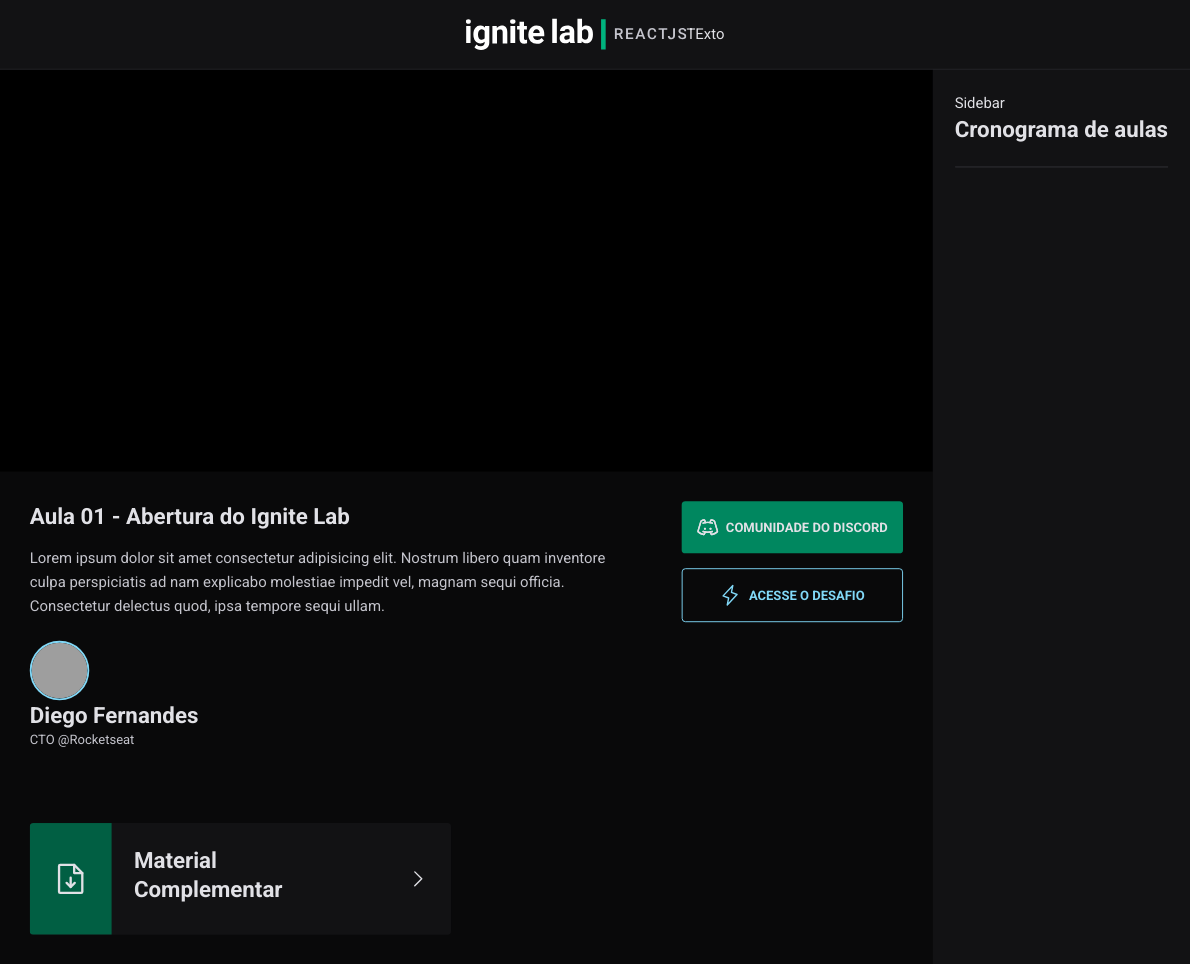
Repository: weltergab/Event_Plataform-IgniteLab
Page: /
The author's editor kept a copy of each file at every save. The page is drawn from the files as they stood at one save, then again after the next save.
The browser window is 1280 px wide. The pictures show the whole page, at 93% of full size.
Pictures or frames that could not be fetched are drawn as grey boxes. The page's requests for data from a server got no answer. The project was rebuilt for these pictures with package versions that can differ from the ones it lists, and the page was loaded fresh each time. No one was signed in, and anything a server would have sent is missing. Also part of the build but not shown: vite.config.ts, src/components/Lesson.tsx.

Above is the page before, as saved 2022-06-25 20:39:20.

### index.html
<!DOCTYPE html>
<html lang="en">

<head>
  <meta charset="UTF-8" />
  <link rel="icon" type="image/svg+xml" href="/src/favicon.svg" />
  <meta name="viewport" content="width=device-width, initial-scale=1.0" />

  <link rel="preconnect" href="https://fonts.googleapis.com" />
  <link rel="preconnect" href="https://fonts.gstatic.com" crossorigin />
  <link href="https://fonts.googleapis.com/css2?family=Roboto:wght@400;500;700&display=swap" rel="stylesheet" />

  <title>Event Plataform</title>
</head>

<body>
  <div id="root"></div>
  <script type="module" src="/src/main.tsx"></script>
</body>

</html>

### src/main.tsx
import { ApolloProvider } from '@apollo/client'
import React from 'react'
import ReactDOM from 'react-dom/client'
import App from './App'
import { client } from './lib/apollo';

import './styles/global.css'

ReactDOM.createRoot(document.getElementById('root')!).render(
  <ApolloProvider client={client}>
    <React.StrictMode>
    <App />
    </React.StrictMode>
  </ApolloProvider>

)

### src/App.tsx
import { gql, useQuery } from '@apollo/client'
import { useState } from 'react'

import { Event } from './pages/Event'


const GET_LESSONS_QUERY = gql`
  query {
    lessons {
      id
      title
    }

  }
`




function App() {
  const { data } = useQuery(GET_LESSONS_QUERY)

  console.log(data);





  const [count, setCount] = useState(0)

  return (
    <div className="All">
      <Event />
    </div>

  )
}

export default App

### src/lib/apollo.ts
import { ApolloClient, InMemoryCache } from "@apollo/client";

export const client = new ApolloClient({
    uri: 'https://api-sa-east-1.graphcms.com/v2/cl4pywx0h2kp101xtf4npbpzl/master',
    cache: new InMemoryCache()
})

### src/pages/Event.tsx
import { Header } from "../components/Header";
import { Sidebar } from "../components/Sidebar";
import { Video } from "../components/Video";

export function Event() {
    return (
        <div className="flex flex-col min-h-screen">
            <Header />
            <main className="flex flex-1">
                <Video />
                <Sidebar />
            </main>
        </div>
    )
}

### src/components/Header.tsx
import { Logo } from "./Logo";

export function Header(){
    return (
        <header className="w-full py-5 flex items-center justify-center bg-gray-700 border-b border-gray-600">
            <Logo />
            TExto
        </header>
    )
}

### src/components/Sidebar.tsx
import { gql, useQuery } from '@apollo/client'
import { Lesson } from "./Lesson";

const GET_LESSONS_QUERY = gql`
    query {
        lessons(orderBy: availableAt_ASC, stage: PUBLISHED){
            id
            lessonType
            availableAt
            title
            slug
        }
    }
`

interface GetLessonsQueryResponse {
    lessons: Array<{
        id: string
        title: string
        slug: string
        availableAt: string
        lessonType: 'live' | 'class'
    }>
}

export function Sidebar() {
    const { data } = useQuery<GetLessonsQueryResponse>(GET_LESSONS_QUERY)

    return (
        <aside className="w-[348] bg-gray-700 p-6 border-1 border-gray-600">
            <h1>Sidebar</h1>
            <span className="font-bold text-2xl pb-6 mb-6 border-b border-gray-500 block">
                Cronograma de aulas
            </span>
            <div className="flex flex-col gab-8">
                {data?.lessons.map(lesson => {
                    return (
                <Lesson
                    key={lesson.id}
                    title={lesson.title}
                    slug={lesson.slug}
                    availableAt={new Date(lesson.availableAt)}
                    type={lesson.lessonType}
                />
                )
                })}
            </div>
        </aside>
    )
}

### src/components/Video.tsx
import { CaretRight, DiscordLogo, FileArrowDown, Lightning } from "phosphor-react";

export function Video() {
    return (
        <div className="flex-1">
            <div className="bg-black">
                <div className="h-full w-full max-w-[1100px] max-h-[60vh] aspect-video"></div>
            </div>
            <div className="p-8 max-w-[1100px] mx-auto">
                <div className="flex items-start gap-16">
                    <div className="flex-1">
                        <h1 className="text-2xl font-bold">
                            Aula 01 - Abertura do Ignite Lab
                        </h1>
                        <p className="mt-4 text-gray-200 leading-relaxed">
                            Lorem ipsum dolor sit amet consectetur adipisicing elit. Nostrum libero quam inventore culpa perspiciatis ad nam explicabo molestiae impedit vel, magnam sequi officia. Consectetur delectus quod, ipsa tempore sequi ullam.
                        </p>

                        <div className="flex items-center gap-4 mt-6">
                            <img
                                className="h-16 w-16 rounded-full border-2 border-blue-500"
                                src="https://github.com/diego3g.jpg"
                                alt=""
                            />
                        </div>
                        <div className="leading-relaxed">
                            <strong className="font-bold text-2xl block">Diego Fernandes</strong>
                            <span className="text-gray-200 text-sm block">CTO @Rocketseat</span>
                        </div>
                    </div>
                    <div className="flex flex-col gap-4">
                        <a href="" className="p-4 text-sm bg-green-500 flex items-center rounded font-bold uppercase gap-2 justify-center hover:bg-green-700 transition-colors">
                            <DiscordLogo size={24}/>
                            Comunidade do discord
                        </a>
                        <a href="" className="p-4 text-sm border border-blue-500 text-blue-500 flex items-center rounded font-bold uppercase gap-2 justify-center hover:bg-blue-500 hover:text-green-900 transition-colors">
                            <Lightning size={24}/>
                            Acesse o desafio
                        </a>
                    </div>
                </div>

                <div className="gap-8 mt-20 grid grid-cols-2">
                    <a href="" className="bg-gray-700 rounded overflow-hidden flex items-stretch gap-6 hover:bg-gray-600 transition-colors">
                        <div className="bg-green-700 h-full p-6 flex items-center">
                            <FileArrowDown size={40}/>
                        </div>
                        <div className="py-6 leading-relaxed">
                            <strong className="text-2xl">Material Complementar</strong>
                            <p className="text-sm text-gray-200 mt-2"></p>
                        </div>
                        <div className="h-full p-6 flex items-center">
                            <CaretRight size={24} />

                        </div>
                    </a>

                </div>
            </div>
        </div>
    )
}

### src/components/Logo.tsx
export function Logo() {
  return (
    <svg
      xmlns="http://www.w3.org/2000/svg"
      width="237"
      height="34"
      fill="none"
      viewBox="0 0 237 34"
    >
      <path
        fill="#fff"
        d="M.002 3.112a2.49 2.49 0 01.165-.987c.12-.314.304-.595.535-.83A2.906 2.906 0 012.615.572c.698 0 1.374.257 1.912.723.23.24.412.524.536.837a2.701 2.701 0 010 1.979 2.568 2.568 0 01-.536.837 2.889 2.889 0 01-1.907.723 2.901 2.901 0 01-1.908-.723 2.458 2.458 0 01-.538-.84 2.645 2.645 0 01-.172-.996zm4.96 23.146H.273V7.862h4.689v18.397zM8.012 16.973c0-2.853.686-5.145 2.055-6.883a6.653 6.653 0 015.528-2.606 5.869 5.869 0 014.802 2.09l.2-1.751h4.538v17.95a7.891 7.891 0 01-1.12 4.246 7.243 7.243 0 01-3.147 2.752 11.155 11.155 0 01-4.742.94c-1.378 0-2.74-.279-4.008-.812a7.08 7.08 0 01-2.946-2.11l2.208-3.02a5.905 5.905 0 004.543 2.08 4.356 4.356 0 003.104-1.059 3.938 3.938 0 001.103-2.993v-.994a5.775 5.775 0 01-4.555 1.935 6.647 6.647 0 01-3.05-.652 6.615 6.615 0 01-2.408-1.967c-1.397-1.752-2.085-4.089-2.085-6.942v-.21h-.025l.005.006zm4.997.355a6.723 6.723 0 001.026 3.956 3.233 3.233 0 002.799 1.443c.651.045 1.3-.088 1.878-.39a3.52 3.52 0 001.396-1.305v-7.825a3.448 3.448 0 00-1.374-1.305 3.504 3.504 0 00-1.86-.39 3.28 3.28 0 00-1.61.365 3.22 3.22 0 00-1.219 1.103c-.688.975-1.036 2.418-1.036 4.348zM33.098 7.833l.158 2.196a6.527 6.527 0 012.371-1.927 6.38 6.38 0 012.971-.62c1.97 0 3.438.597 4.39 1.79.953 1.194 1.456 2.936 1.486 5.293v12.249h-4.962V14.683a3.367 3.367 0 00-.684-2.344 3.086 3.086 0 00-1.069-.598 3.008 3.008 0 00-1.211-.13 3.349 3.349 0 00-1.821.454c-.553.32-1.01.794-1.313 1.367v13.37H28.45V7.845l4.647-.012zM47.512 3.112a2.304 2.304 0 01.185-.988 2.42 2.42 0 01.59-.831A3.439 3.439 0 0150.404.57c.772 0 1.52.256 2.117.723.508.486.792 1.142.792 1.826 0 .683-.284 1.34-.792 1.826a3.417 3.417 0 01-2.11.723c-.77 0-1.517-.257-2.11-.723a2.47 2.47 0 01-.594-.839 2.342 2.342 0 01-.19-.994h-.005zm5.483 23.149h-5.18V7.86h5.18v18.4zM62.454 3.334v4.612h3.107v3.677h-3.107v9.382c-.05.53.091 1.063.395 1.495a1.824 1.824 0 001.473.45c.476.002.95-.035 1.421-.114v3.803a9.672 9.672 0 01-2.939.449c-3.398 0-5.128-1.775-5.19-5.32V11.644h-2.642V7.968h2.643V3.356h4.841v-.025l-.002.003zM76.487 27.08a9.277 9.277 0 01-6.759-2.55c-1.74-1.699-2.605-3.957-2.605-6.797v-.494a11.295 11.295 0 011.098-5.08 8.141 8.141 0 013.111-3.465 8.72 8.72 0 014.59-1.22c2.577 0 4.62.815 6.098 2.449 1.478 1.633 2.226 3.94 2.226 6.929v2.055h-12.01a4.665 4.665 0 001.473 2.971 4.487 4.487 0 003.111 1.111 5.426 5.426 0 004.548-2.115l2.476 2.781a7.506 7.506 0 01-3.07 2.507 9.81 9.81 0 01-4.287.916v.002zm-.594-15.514a3.127 3.127 0 00-2.428 1.012 5.405 5.405 0 00-1.188 2.912h7.006v-.405a3.749 3.749 0 00-.908-2.608 3.252 3.252 0 00-2.45-.908h-.03l-.002-.003zM97.771 26.259h-4.957V0h4.957V26.26zM112.209 26.259c-.227-.444-.392-.997-.496-1.659-1.196 1.333-2.751 2.002-4.666 2.002-1.811 0-3.314-.523-4.504-1.572-1.191-1.049-1.786-2.372-1.786-3.966 0-1.96.725-3.464 2.179-4.513 1.453-1.049 3.553-1.58 6.3-1.59h2.273v-1.06c0-.854-.22-1.54-.659-2.051-.44-.513-1.131-.77-2.078-.77-.832 0-1.486.2-1.957.6-.474.4-.708.945-.708 1.64h-4.941c0-1.07.331-2.062.992-2.973.662-.91 1.597-1.626 2.804-2.144 1.206-.518 2.564-.778 4.069-.778 2.28 0 4.089.573 5.429 1.718 1.34 1.145 2.009 2.756 2.009 4.83v8.017c.012 1.754.256 3.082.735 3.983v.29h-4.992l-.003-.004zm-4.086-3.435c.728 0 1.402-.163 2.016-.486.614-.326 1.071-.76 1.367-1.308v-3.181h-1.846c-2.472 0-3.79.854-3.948 2.564l-.017.291c0 .614.217 1.123.649 1.523.434.4 1.026.6 1.779.6v-.003zM136.58 17.183c0 2.963-.632 5.273-1.898 6.931-1.265 1.659-3.032 2.488-5.3 2.488-2.006 0-3.608-.77-4.805-2.308l-.222 1.967h-4.444V.001h4.94v9.418c1.14-1.332 2.638-2 4.496-2 2.256 0 4.025.828 5.308 2.487 1.283 1.658 1.923 3.992 1.923 7v.274l.002.003zm-4.94-.358c0-1.868-.296-3.233-.889-4.094-.592-.861-1.475-1.29-2.65-1.29-1.572 0-2.655.643-3.247 1.932v7.299c.604 1.298 1.697 1.95 3.282 1.95 1.584 0 2.643-.788 3.146-2.36.239-.752.358-1.897.358-3.437z"
      ></path>
      <path
        fill="#C4C4CC"
        d="M164.51 17.501h-2.283v4.53h-2.048v-11.78h4.143c1.36 0 2.408.306 3.149.915.74.61 1.108 1.493 1.108 2.648 0 .787-.19 1.449-.57 1.98-.38.532-.911.94-1.59 1.226l2.646 4.906v.106h-2.194l-2.364-4.531h.003zm-2.283-1.65h2.105c.691 0 1.229-.176 1.619-.524.39-.348.582-.824.582-1.429 0-.604-.18-1.12-.538-1.466-.358-.345-.893-.523-1.606-.533h-2.162V15.85zM179.066 16.773h-4.839v3.625h5.656v1.634h-7.704V10.25h7.648v1.65h-5.6v3.253h4.839v1.62zM189.803 19.29h-4.565l-.955 2.744h-2.127l4.452-11.783h1.836l4.459 11.783h-2.137l-.963-2.744zm-3.99-1.65h3.415l-1.707-4.89-1.708 4.89zM204.716 18.197c-.119 1.256-.583 2.238-1.392 2.941-.81.703-1.885 1.056-3.228 1.056-.938 0-1.764-.222-2.48-.668-.715-.445-1.266-1.079-1.656-1.898-.387-.82-.589-1.772-.607-2.858v-1.1c0-1.11.198-2.09.59-2.937.392-.846.96-1.5 1.695-1.96.736-.458 1.587-.688 2.554-.688 1.301 0 2.347.353 3.139 1.057.792.703 1.254 1.7 1.385 2.99h-2.039c-.096-.846-.343-1.458-.74-1.833-.397-.375-.977-.563-1.745-.563-.89 0-1.574.326-2.05.977-.479.652-.721 1.605-.733 2.863v1.044c0 1.273.227 2.245.683 2.917.457.668 1.123 1.004 2.004 1.004.805 0 1.409-.18 1.814-.543.405-.363.661-.962.77-1.804h2.038l-.002.003zM216.481 11.902h-3.674v10.132h-2.031V11.902h-3.642V10.25h9.347v1.65zM222.759 10.251h2.039v8.262c0 1.127-.353 2.023-1.057 2.687-.703.664-1.633.995-2.788.995-1.229 0-2.179-.311-2.848-.93-.669-.62-1.004-1.484-1.004-2.59h2.038c0 .627.156 1.096.467 1.412.31.316.76.474 1.347.474.55 0 .989-.183 1.315-.545.326-.366.489-.867.489-1.51V10.25h.002zM234.952 18.999c0-.518-.183-.918-.545-1.197-.363-.279-1.022-.563-1.972-.849-.95-.286-1.705-.604-2.265-.955-1.074-.674-1.612-1.555-1.612-2.638 0-.95.388-1.732 1.163-2.347.774-.614 1.779-.922 3.015-.922.819 0 1.55.15 2.194.454a3.597 3.597 0 011.513 1.29c.367.558.55 1.177.55 1.858h-2.038c0-.614-.193-1.095-.578-1.443-.385-.348-.938-.524-1.656-.524-.668 0-1.189.144-1.557.43-.37.286-.555.686-.555 1.197 0 .432.2.792.6 1.08.399.29 1.056.57 1.974.842.918.271 1.653.582 2.208.93.556.348.963.748 1.222 1.197.259.452.387.977.387 1.582 0 .982-.375 1.762-1.127 2.342-.753.58-1.775.87-3.063.87a5.755 5.755 0 01-2.352-.473c-.715-.316-1.27-.75-1.668-1.308-.397-.555-.594-1.204-.594-1.942h2.048c0 .669.222 1.187.664 1.555.441.367 1.075.55 1.902.55.713 0 1.246-.143 1.607-.432.357-.288.538-.671.538-1.145l-.003-.002z"
      ></path>
      <path fill="#00B37E" d="M150.271 33.146h-4.958V.57h4.958v32.576z"></path>
    </svg>
  );
}

Loaded but not shown: src/styles/global.css (common file); tailwind.config.js (common file)

After the next save:
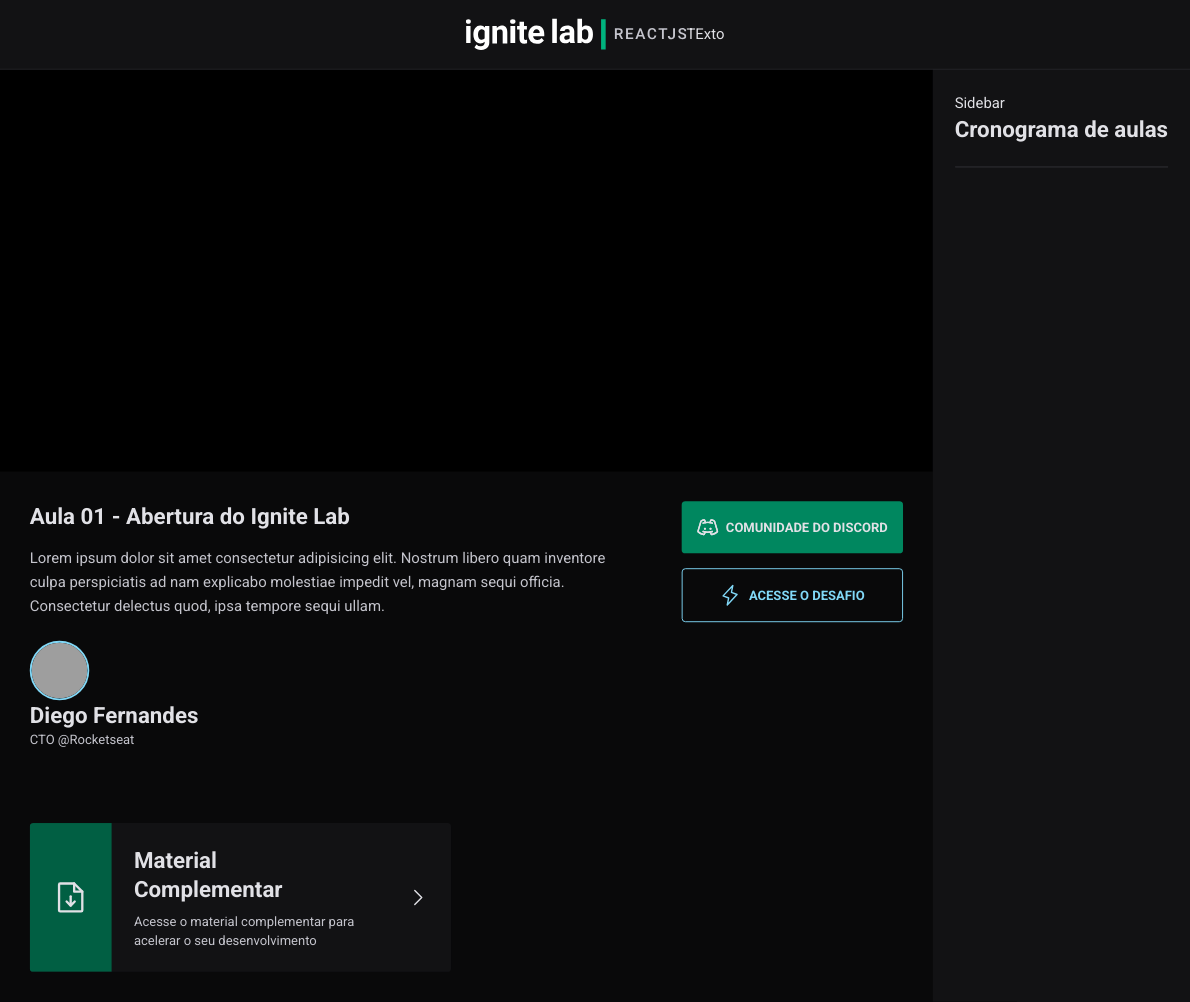
Saved 30 s later.
--- a/src/components/Video.tsx
+++ b/src/components/Video.tsx
@@ -47,7 +47,9 @@
                         </div>
                         <div className="py-6 leading-relaxed">
                             <strong className="text-2xl">Material Complementar</strong>
-                            <p className="text-sm text-gray-200 mt-2"></p>
+                            <p className="text-sm text-gray-200 mt-2">
+                                Acesse o material complementar para acelerar o seu desenvolvimento
+                            </p>
                         </div>
                         <div className="h-full p-6 flex items-center">
                             <CaretRight size={24} />
